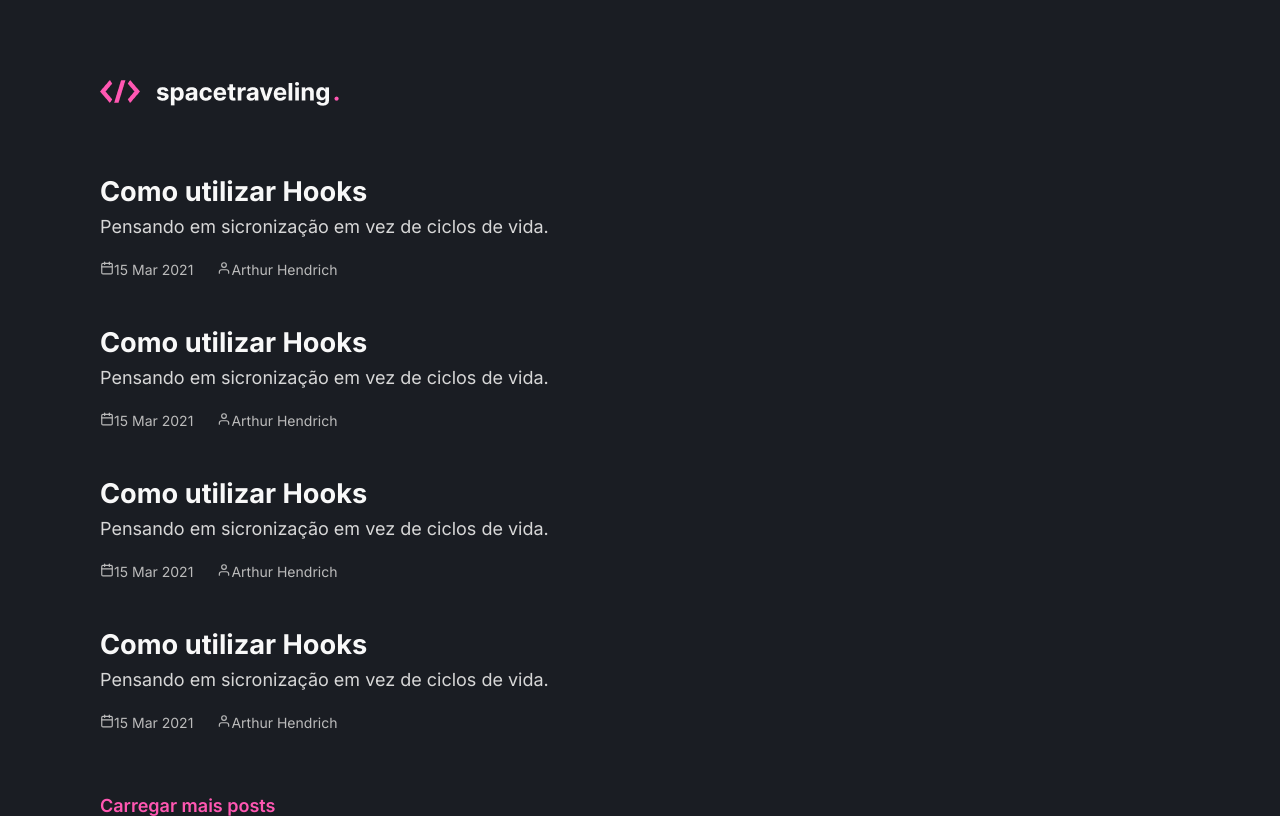
Repository: ArthurHendrich/Ignite-NextJS
Page: /
The author's editor kept a copy of each file at every save. The page is drawn from the files as they stood at one save, then again after the next save.
The browser window is 1280 px wide. The pictures show the whole page.
The project was rebuilt for these pictures with package versions that can differ from the ones it lists, and the page was loaded fresh each time. The framework's server and built-in components were replaced by stand-ins that run in the browser.

Above is the page before, as saved 2022-07-09 15:59:00.

### src/pages/_document.tsx
import Document, { Head, Html, Main, NextScript } from 'next/document';

export default class MyDocument extends Document {
  render() {
    return (
      <Html>
        <Head>
          <link rel="preconnect" href="https://fonts.googleapis.com" />
          <link href="https://fonts.googleapis.com/css2?family=Inter:wght@400;600;700&display=swap" rel="stylesheet" />
        </Head>
        <body>
          <Main />
          <NextScript />
        </body>
      </Html>
    );
  }
}

### src/pages/index.tsx
import { GetStaticProps } from 'next';

import { getPrismicClient } from '../services/prismic';

import commonStyles from '../styles/common.module.scss';
import styles from './home.module.scss';
import { FiCalendar, FiUser } from 'react-icons/fi';

interface Post {
  uid?: string;
  first_publication_date: string | null;
  data: {
    title: string;
    subtitle: string;
    author: string;
  };
}

interface PostPagination {
  next_page: string;
  results: Post[];
}

interface HomeProps {
  postsPagination: PostPagination;
}

export default function Home() {
  return (
    <main className={commonStyles.Container}>
      <div className={styles.Container}>
        <h1>Como utilizar Hooks</h1>
        <p>Pensando em sicronização em vez de ciclos de vida.</p>
        <div className={styles.ContentInfo}>
          <div className={styles.Date}>
            <FiCalendar />
            <span>15 Mar 2021</span>
          </div>
          <div className={styles.Author}>
            <FiUser />
            <span>Arthur Hendrich</span>
          </div>
        </div>
        <h1>Como utilizar Hooks</h1>
        <p>Pensando em sicronização em vez de ciclos de vida.</p>
        <div className={styles.ContentInfo}>
          <div className={styles.Date}>
            <FiCalendar />
            <span>15 Mar 2021</span>
          </div>
          <div className={styles.Author}>
            <FiUser />
            <span>Arthur Hendrich</span>
          </div>
        </div>
        <h1>Como utilizar Hooks</h1>
        <p>Pensando em sicronização em vez de ciclos de vida.</p>
        <div className={styles.ContentInfo}>
          <div className={styles.Date}>
            <FiCalendar />
            <span>15 Mar 2021</span>
          </div>
          <div className={styles.Author}>
            <FiUser />
            <span>Arthur Hendrich</span>
          </div>
        </div>
        <h1>Como utilizar Hooks</h1>
        <p>Pensando em sicronização em vez de ciclos de vida.</p>
        <div className={styles.ContentInfo}>
          <div className={styles.Date}>
            <FiCalendar />
            <span>15 Mar 2021</span>
          </div>
          <div className={styles.Author}>
            <FiUser />
            <span>Arthur Hendrich</span>
          </div>
        </div>

      </div>
      <div className={styles.Button}>
        <button>Carregar mais posts</button>
      </div>
    </main>
  );
}

// export const getStaticProps = async () => {
//   const prismic = getPrismicClient({});
//   const postsResponse = await prismic.getByType(TODO);

//   TODO
// };

### src/components/Header/index.tsx
import Link from 'next/link';
import styles from './header.module.scss';

export default function Header() {
  return (
    <header className={styles.Container}>
      <Link href="/">
        <img src="images/Logo.png" alt="logo"/>
      </Link>
    </header>
  )
}

### src/styles/globals.scss
* {
  box-sizing: border-box;
  margin: 0;
  padding: 0;
}

:root {
  --Highlight: #FF57B2;
  --Heading: #F8F8F8;
  --Background: #1A1D23;
  --Info: #BBBBBB;
  --Body: #D7D7D7;
}


@media (max-width: 1080px) {
  html {
    font-size: 93.75%;
  }
}

@media (max-width: 720px) {
  html {
    font-size: 87.5%;
  }
}

body{
  background: var(--Background);
}

body, input, textarea, select, button {
  font: 400 1rem 'Inter', sans-serif;
}

button {
  cursor: pointer;
}

a {
  color: inherit;
  text-decoration: none;
}

### src/styles/common.module.scss
.Container {
  max-width: 1080px;
  margin: 0 auto;
}

### src/pages/home.module.scss
.Container {
  margin-top: 4.0625rem;

  h1 {
    font-size: 1.7rem;
    font-weight: 700;
    color: var(--Heading);
  }

  p {
    margin-top: 0.5rem;
    font-size: 1.125rem;
    color: var(--Body);
  }

  .ContentInfo {
    display: flex;
    font-size: 0.8765rem;
    align-items: center;
    color: var(--Info);
    margin-top: 1.5rem;
    margin-bottom: 3rem;

    .Date {
      margin-right: 1.5rem;
    }
  }
}

.Button {
  margin-top: 4rem;

  button {
    border: 0;
    background: transparent;
    color: var(--Highlight);
    font-size: 1.125rem;
    font-weight: 600;

    transition: filter 0.2s;

    &:hover {
      filter: brightness(0.8);
    }
  }
}

### src/components/Header/header.module.scss
.Container {
  max-width: 1080px;
  margin: 0 auto;
  margin-top: 5rem;
}

Loaded but not shown: src/pages/_app.tsx (common file)

After the next save:
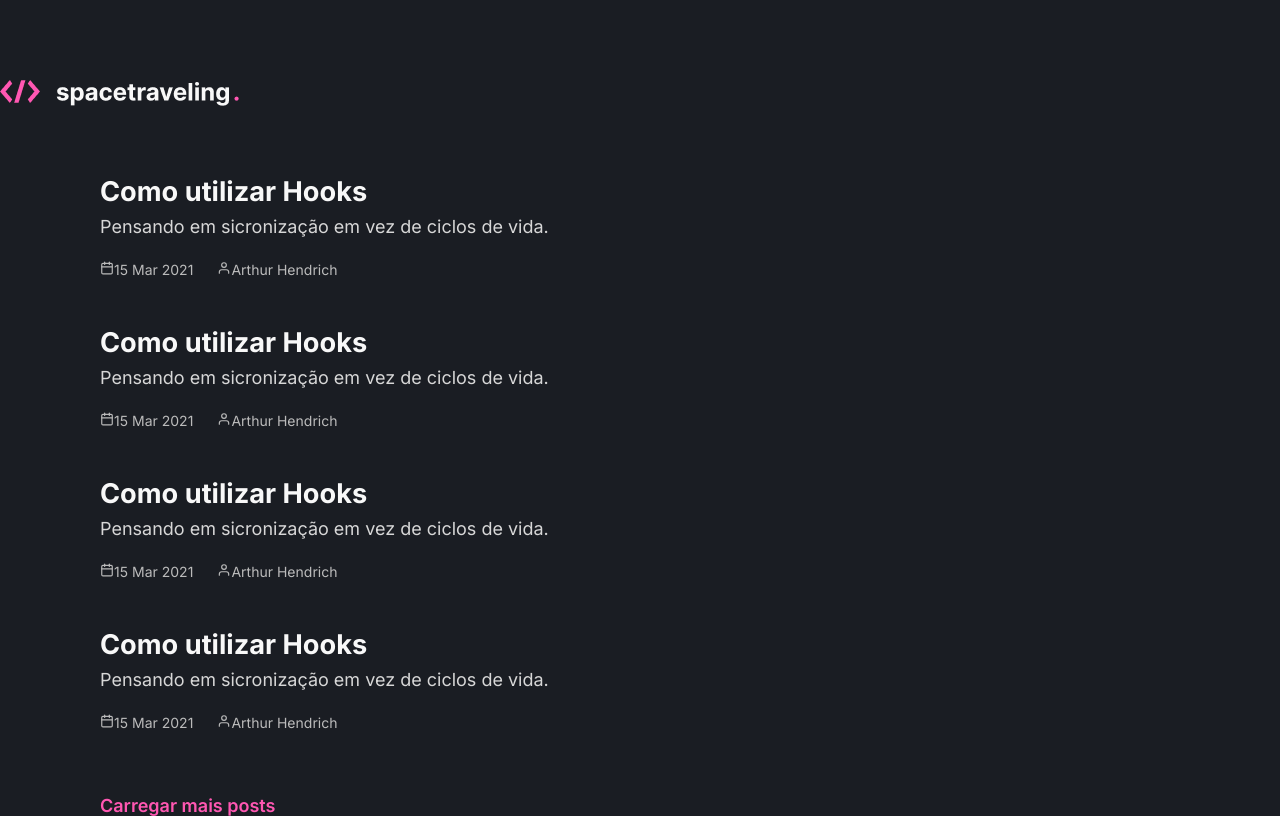
Saved 22 s later.
--- a/src/components/Header/header.module.scss
+++ b/src/components/Header/header.module.scss
@@ -1,5 +1,4 @@
 .Container {
-  max-width: 1080px;
-  margin: 0 auto;
   margin-top: 5rem;
+  cursor: pointer;
 }

After the save that followed:
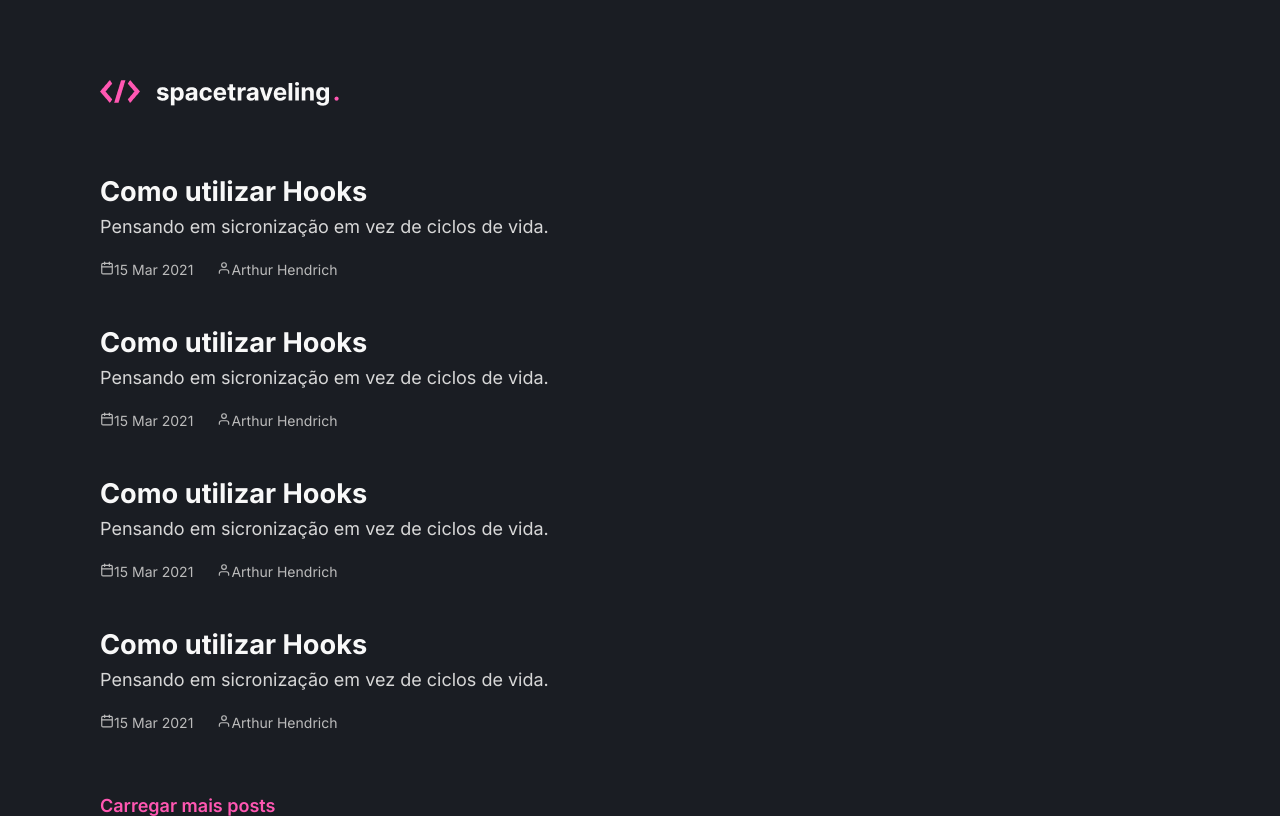
Saved 4 s later.
--- a/src/components/Header/header.module.scss
+++ b/src/components/Header/header.module.scss
@@ -1,4 +1,6 @@
 .Container {
+  max-width: 1080px;
+  margin: 0 auto;
   margin-top: 5rem;
   cursor: pointer;
 }
